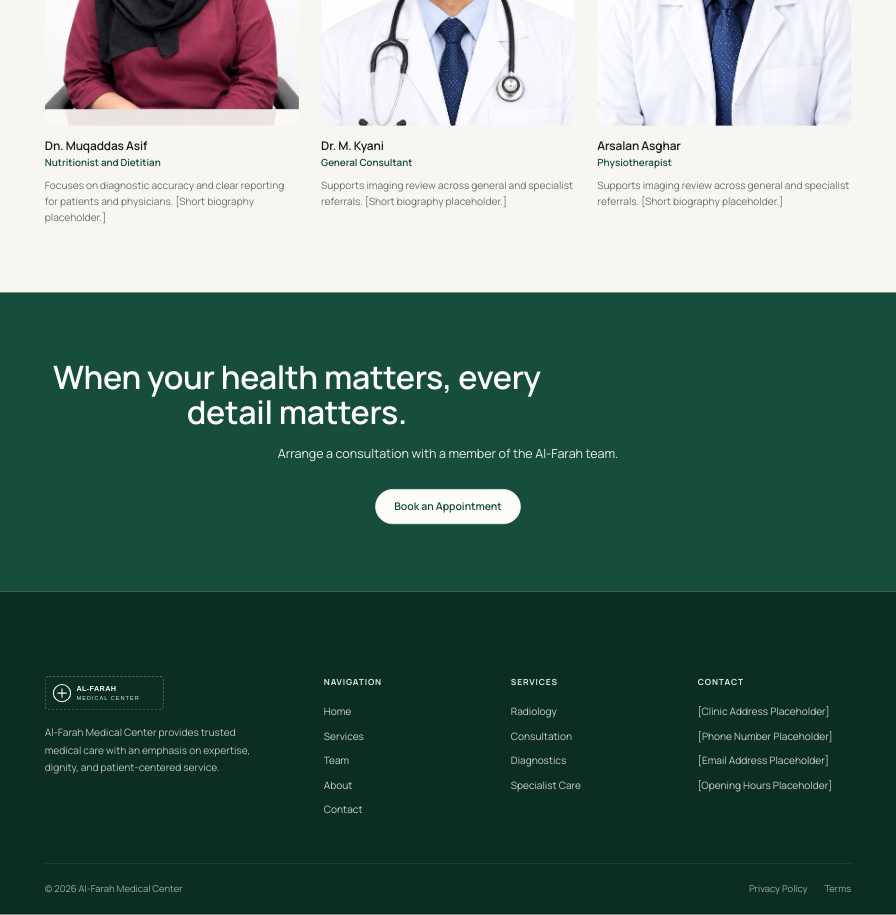
Repository: mraeesaziz45/al-farah
Page: team.html
These files come from the project's save history. The page is drawn as it stood at one moment and after the next save; the edit follows.
The browser window is 1280 px wide. The pictures show the part of the page from y = 4014 to 5934 px (the page is 5321 px tall before and 5934 px after), at 70% of full size.

Above is the page before, as saved 2026-09-08 17:32:59.

After the next save:
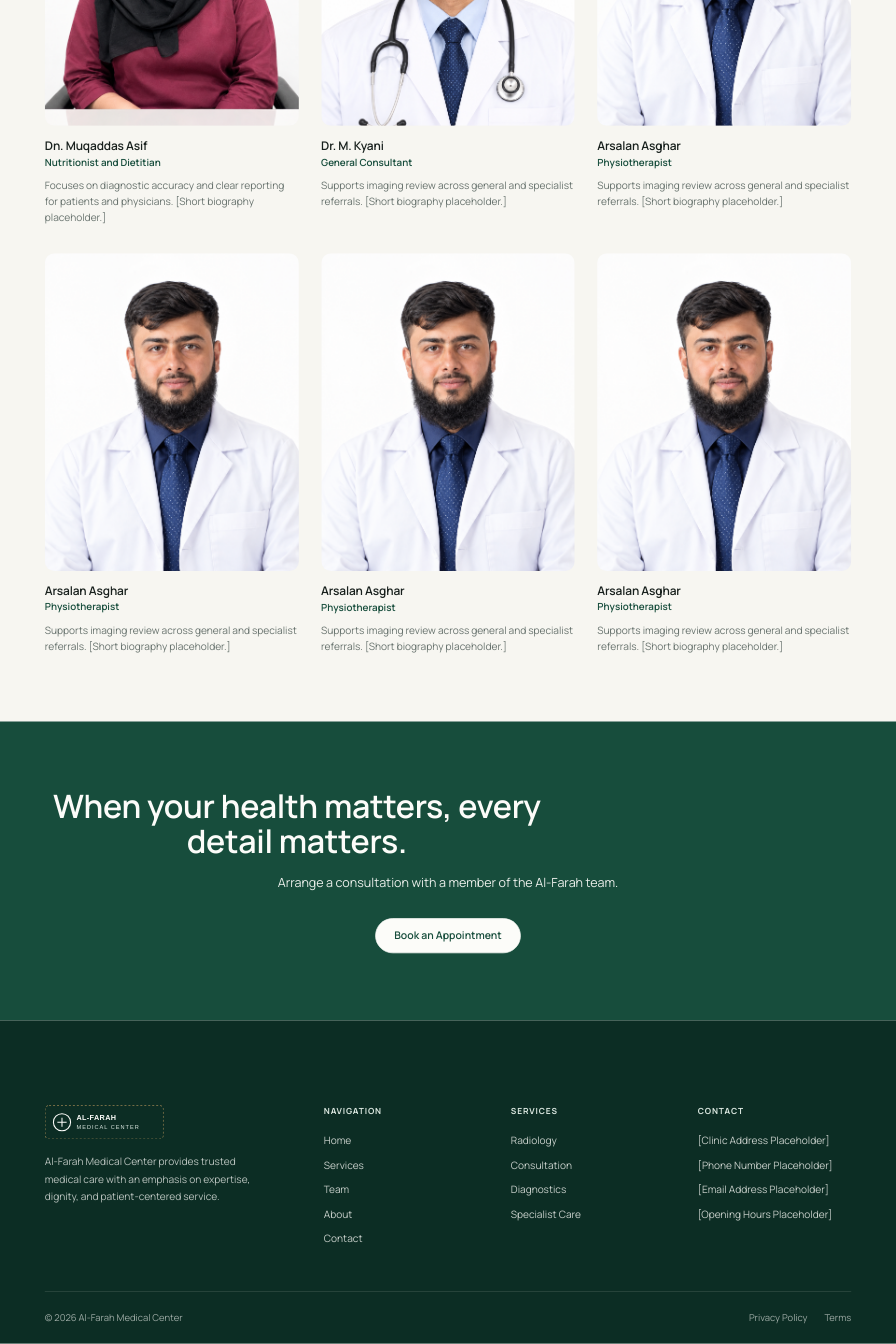
Saved 30 s later.
--- a/team.html
+++ b/team.html
@@ -189,6 +189,30 @@
           <span class="role">Physiotherapist</span>
           <p class="bio">Supports imaging review across general and specialist referrals. [Short biography placeholder.]</p>
         </div>
+        <div class="team-card" data-reveal>
+          <div class="team-card-media">
+            <img src="assets/images/team/arsalan.png" alt="Portrait placeholder for a radiologist" width="1000" height="1250" loading="lazy" decoding="async">
+          </div>
+          <h3 class="h4">Arsalan Asghar</h3>
+          <span class="role">Physiotherapist</span>
+          <p class="bio">Supports imaging review across general and specialist referrals. [Short biography placeholder.]</p>
+        </div>
+        <div class="team-card" data-reveal>
+          <div class="team-card-media">
+            <img src="assets/images/team/arsalan.png" alt="Portrait placeholder for a radiologist" width="1000" height="1250" loading="lazy" decoding="async">
+          </div>
+          <h3 class="h4">Arsalan Asghar</h3>
+          <span class="role">Physiotherapist</span>
+          <p class="bio">Supports imaging review across general and specialist referrals. [Short biography placeholder.]</p>
+        </div>
+        <div class="team-card" data-reveal>
+          <div class="team-card-media">
+            <img src="assets/images/team/arsalan.png" alt="Portrait placeholder for a radiologist" width="1000" height="1250" loading="lazy" decoding="async">
+          </div>
+          <h3 class="h4">Arsalan Asghar</h3>
+          <span class="role">Physiotherapist</span>
+          <p class="bio">Supports imaging review across general and specialist referrals. [Short biography placeholder.]</p>
+        </div>
 
       </div>
     </div>
